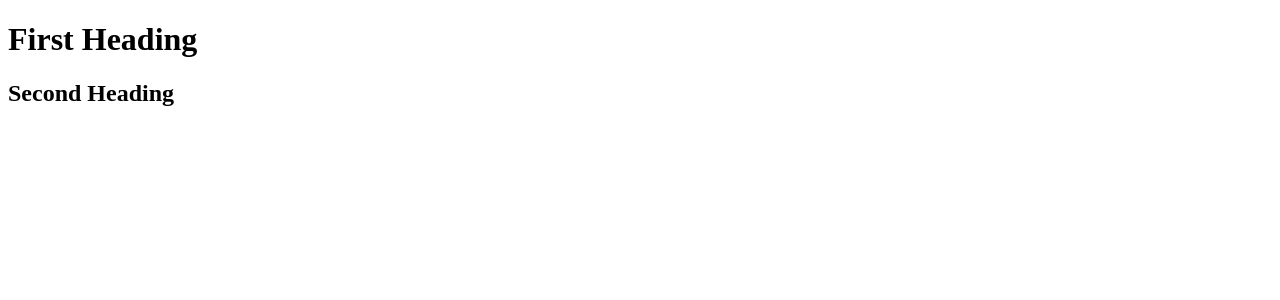
Repository: GAUTAM2349/NamasteReact
Page: index.html
The author's editor kept a copy of each file at every save. The page is drawn from the files as they stood at one save, then again after the next save.
The browser window is 1280 px wide. The pictures show the whole page.

Above is the page before, as saved 2024-01-10 04:02:05.

After the next save:
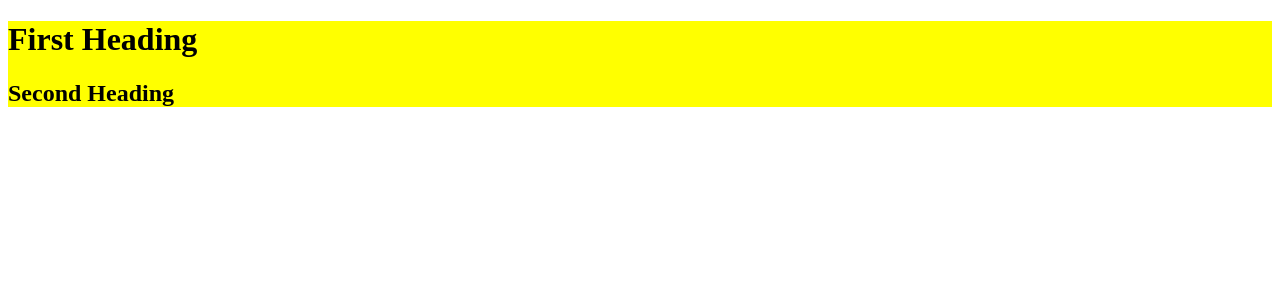
Saved 4 s later.
--- a/style.css
+++ b/style.css
@@ -3,5 +3,5 @@
 }
 
 #container{
- background-color: ye;
+ background-color: yellow;
 }
